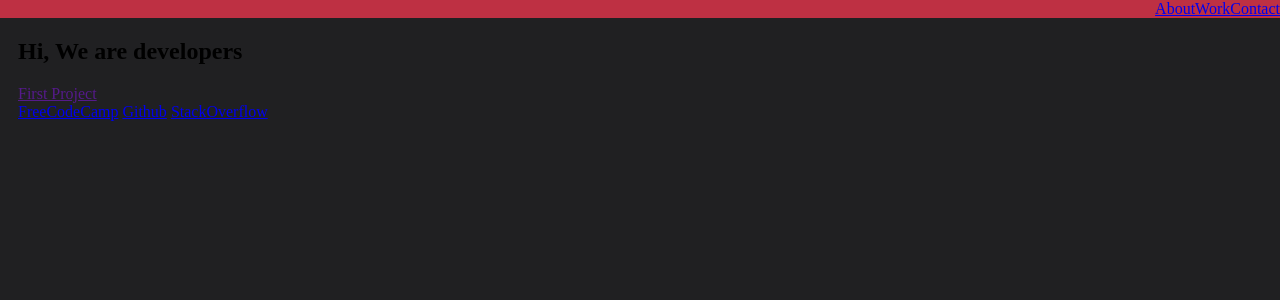
Repository: justicebhekani88/microverse_portfolio_project
Page: index.html
The author's editor kept a copy of each file at every save. The page is drawn from the files as they stood at one save, then again after the next save.
The browser window is 1280 px wide. The pictures show the whole page.

Above is the page before, as saved 2022-07-21 14:44:13.

After the next save:
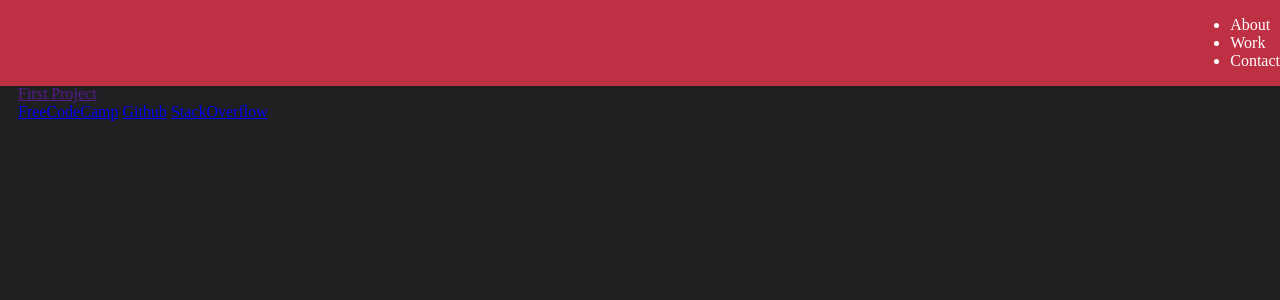
Saved 77 s later.
--- a/index.html
+++ b/index.html
@@ -19,9 +19,11 @@
 
 <body>
     <nav id="navbar">
-        <a href="#about">About</a>
-        <a href="#projects">Work</a>
-        <a href="#contact">Contact</a>
+        <ul id="nav-list">
+            <li href="#welcome-section">About</li>
+            <li href="#projects">Work</li>
+            <li href="#contact">Contact</li>
+        </ul>
     </nav>
     <div id="main">
         <section id="welcome-section">
